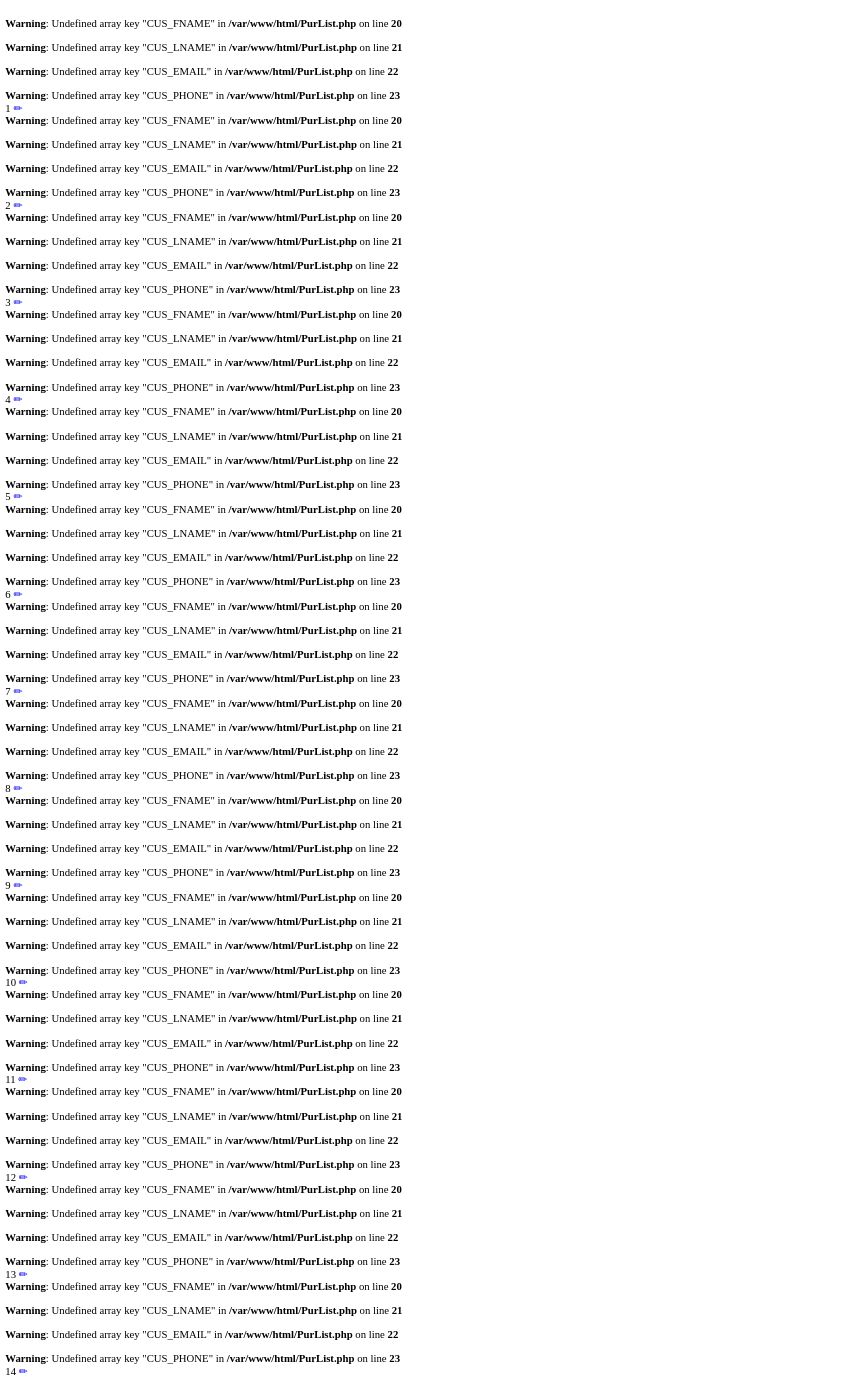
Repository: Map2g/WeFixPOS
Page: http://localhost/PurList.php
The author's editor kept a record of every edit. The page is drawn from the files as they stood at one moment, then again after the next edit.
The browser window is 1280 px wide. The pictures show the whole page, at 67% of full size.
The page is run by PHP 8.4 with error messages shown; the project is at /var/www/html/. The database holds what the project's SQL file puts in it.

Above is the page before.

### PurList.php
<?php

include 'config.php';

$AllCustomer = "SELECT * FROM PURCHASE ORDER BY PUR_DATE ASC";
$AllCusResult = mysqli_query($conn, $AllCustomer);

//Error message if query doesn't work
if ($AllCusResult == false ) {
  printf("Query error: %s\n", mysqli_error($conn));
}

$Count = 1;

if (mysqli_num_rows($AllCusResult) > 0) {
    $row = mysqli_fetch_assoc($AllCusResult);
    while($row) {
        echo '  <tr>
                  <th scope="row">' . $Count . '</th>
                  <td>' . $row["CUS_FNAME"] . '</td>
                  <td>' . $row["CUS_LNAME"] . '</td>
                  <td>' . $row["CUS_EMAIL"] . '</td>
                  <td>' . $row["CUS_PHONE"] . '</td>
                  <td>
                      <a href="#" style="text-decoration:none">
                          <span class="glyphicon">&#x270f;</span>
                      </a>
                  </td>
                </tr>';
        $Count = $Count + 1;
        $row = mysqli_fetch_assoc($AllCusResult);
    }
} else {
    echo "<tr> No customers to display.</tr>";
}
mysqli_close($conn);

?>

### config.php
<?php

$servername = "localhost";
$username = "root";
$password = "";
$dbname = "WeFix";

// Create connection
$conn = mysqli_connect($servername, $username, $password, $dbname);

// Check connection
if (!$conn) {
    die("Connection failed: " . mysqli_connect_error());
}

?>

### WeFix.sql (the tables this page reads)
CREATE TABLE `PURCHASE` (
  `PUR_ID` int(11) NOT NULL AUTO_INCREMENT,
  `PUR_DATE` timestamp NOT NULL DEFAULT CURRENT_TIMESTAMP ON UPDATE CURRENT_TIMESTAMP,
  `CUS_ID` int(11) DEFAULT NULL,
  `EMP_ID` int(11) DEFAULT NULL,
  PRIMARY KEY (`PUR_ID`),
  KEY `CUS_ID` (`CUS_ID`),
  KEY `EMP_ID` (`EMP_ID`),
  CONSTRAINT `PURCHASE_ibfk_1` FOREIGN KEY (`CUS_ID`) REFERENCES `CUSTOMER` (`CUS_ID`) ON UPDATE CASCADE,
  CONSTRAINT `PURCHASE_ibfk_2` FOREIGN KEY (`CUS_ID`) REFERENCES `CUSTOMER` (`CUS_ID`),
  CONSTRAINT `PURCHASE_ibfk_3` FOREIGN KEY (`EMP_ID`) REFERENCES `EMPLOYEE` (`EMP_ID`)
) ENGINE=InnoDB AUTO_INCREMENT=39 DEFAULT CHARSET=latin1;

INSERT INTO `PURCHASE` VALUES (16,'2019-04-08 00:00:00',5,2),(20,'2019-04-08 00:00:00',6,14),(25,'2019-04-08 00:00:00',8,1),(28,'2019-04-08 21:53:53',3,13),(29,'2019-04-08 22:49:57',2,14),(30,'2019-04-09 14:22:30',2,14),(31,'2019-04-09 15:58:02',8,1),(32,'2019-04-09 19:08:45',1,14),(33,'2019-04-09 19:10:05',15,2),(34,'2019-04-09 23:45:00',13,14),(35,'2019-04-10 18:38:03',16,2),(36,'2019-04-10 22:56:23',10,14),(37,'2019-04-11 13:59:08',10,14),(38,'2019-04-11 15:00:52',10,2);

After the next edit:
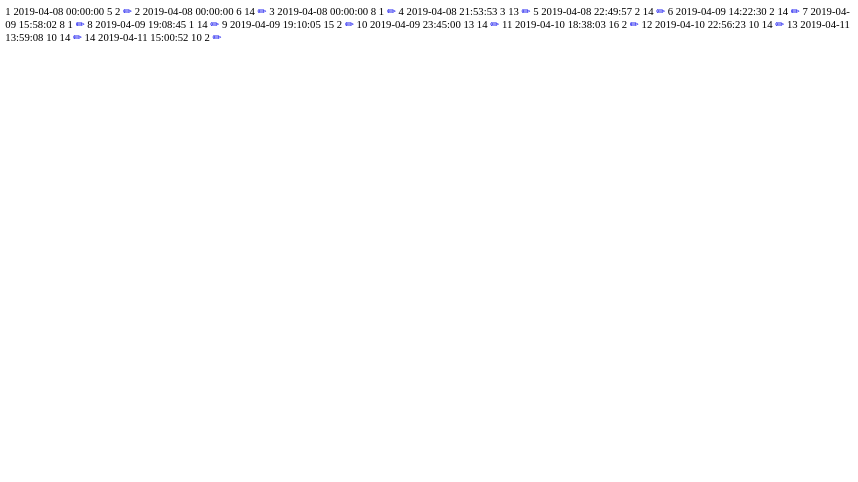
The edit:
--- a/PurList.php
+++ b/PurList.php
@@ -17,10 +17,9 @@
     while($row) {
         echo '  <tr>
                   <th scope="row">' . $Count . '</th>
-                  <td>' . $row["CUS_FNAME"] . '</td>
-                  <td>' . $row["CUS_LNAME"] . '</td>
-                  <td>' . $row["CUS_EMAIL"] . '</td>
-                  <td>' . $row["CUS_PHONE"] . '</td>
+                  <td>' . $row["PUR_DATE"] . '</td>
+                  <td>' . $row["CUS_ID"] . '</td>
+                  <td>' . $row["EMP_ID"] . '</td>
                   <td>
                       <a href="#" style="text-decoration:none">
                           <span class="glyphicon">&#x270f;</span>
